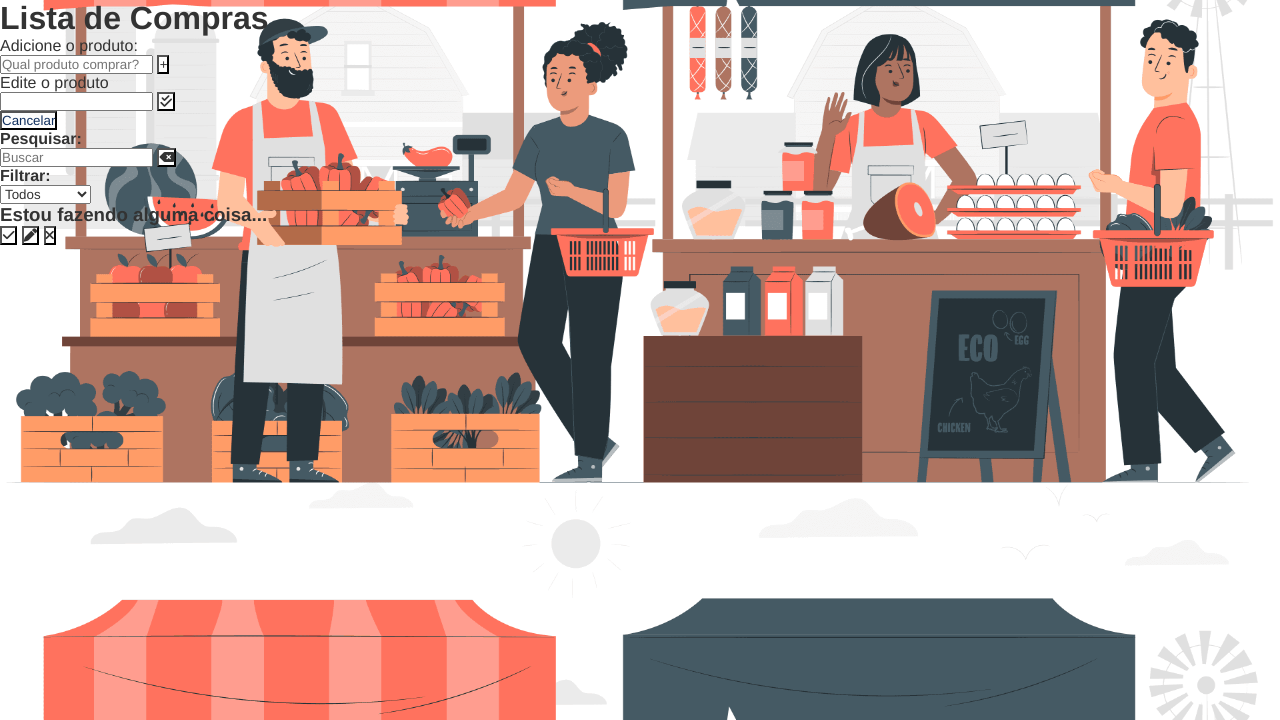
Repository: Dkrvalho/mercado
Page: index.html
An editor plug-in stored every save of this project. The page is shown before and after the next save, followed by the edit.
The browser window is 1280 px wide. The pictures show the whole page.

Above is the page before, as saved 2023-01-09 12:40:07.

### index.html
<!DOCTYPE html>
<html lang="en">
<head>
    <meta charset="UTF-8">
    <meta http-equiv="X-UA-Compatible" content="IE=edge">
    <meta name="viewport" content="width=device-width, initial-scale=1.0">
    <!-- CSS -->
    <link rel="stylesheet" href="css/style.css">
    <!-- Font Awesome -->
    <link rel="stylesheet" href="https://cdnjs.cloudflare.com/ajax/libs/font-awesome/6.2.1/css/all.min.css" integrity="sha512-MV7K8+y+gLIBoVD59lQIYicR65iaqukzvf/nwasF0nqhPay5w/9lJmVM2hMDcnK1OnMGCdVK+iQrJ7lzPJQd1w==" crossorigin="anonymous" referrerpolicy="no-referrer" />
    <!-- JS -->
    <script src="js/script.js" defer></script>
    <!-- defer faz com que o js seja carregado após o html -->
    <title>Lista de Compras</title>
</head>
    <main class="container">
        <header>
            <h1>Lista de Compras</h1>
        </header>
        <form id="form">
            <p>Adicione o produto:</p>
            <div class="form-control">
                <input type="text" id="todo-input" placeholder="Qual produto comprar?">
                <button type="submit">
                    <i class="fa-thin fa-plus"></i>
                </button>
            </div>
        </form>
        <form id="edit-form">
            <p>Edite o produto</p>
            <div id="form-control">
                <input type="text" id="edit-input">
                <button type="submit">
                    <i class="fa-solid fa-check-double"></i>
                </button>
            </div>
            <button id="cancel-edit-btn">Cancelar</button>
        </form>
        <div id="tollbar">
            <div id="search">
                <h4>Pesquisar:</h4>
                <form>
                    <input type="text" id="search-input" placeholder="Buscar">
                    <button id="erase-btn">
                        <i class="fa-solid fa-delete-left"></i>
                    </button>
                </form>
            </div>
        </div>
        <div id="filter">
            <h4>Filtrar:</h4>
            <select id="filter-select">
                <option value="all">Todos</option>
                <option value="done">Comprados</option>
                <option value="todo">A comprar</option>
            </select>
        </div>
        <div id="todo-list">
            <div id="todo">
                <h3>Estou fazendo alguma coisa...</h3>
                <button class="finih-todo">
                    <i class="fa-solid fa-check"></i>
                </button>
                <button class="edit-todo">
                    <i class="fa-solid fa-pen"></i>
                </button>
                <button class="remove-todo">
                    <i class="fa-solid fa-xmark"></i>
                </button>
            </div>
        </div>
    </main>
<body>

</body>
</html>

### css/style.css
/* Geral */
* {
    padding: 0;
    margin: 0;
    font-family: Helvetica, sans-serif, Arial;
    color: #333;
    box-sizing: border-box;
}

body {
    background-image: url("../img/fundo.png");
    background-position: center;
    background-size: cover;
}

button {
    background-color: #fdfdfd;
    color: #102f5e;
    border: 2;
}

Loaded but not shown: js/script.js (no copy from this time; the picture is the same without it)

After the next save:
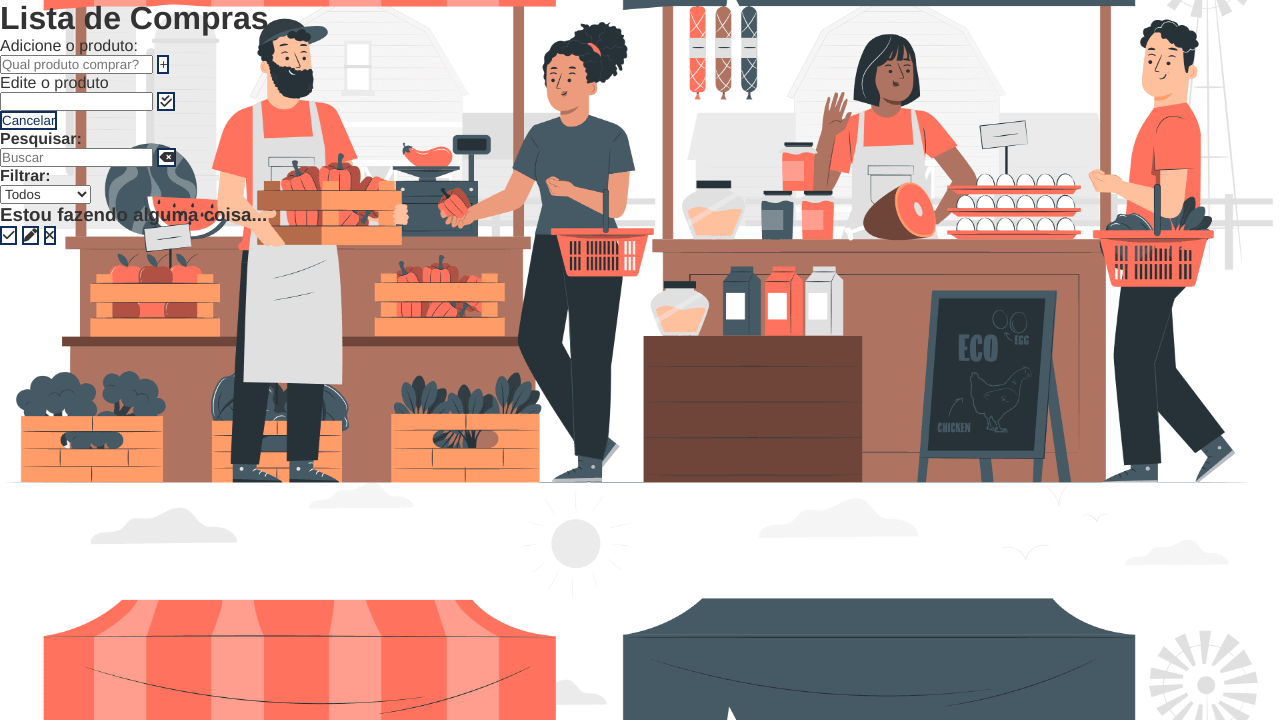
Saved 5 s later.
--- a/css/style.css
+++ b/css/style.css
@@ -16,5 +16,5 @@ body {
 button {
     background-color: #fdfdfd;
     color: #102f5e;
-    border: 2;
+    border: 2px solid;
 }
